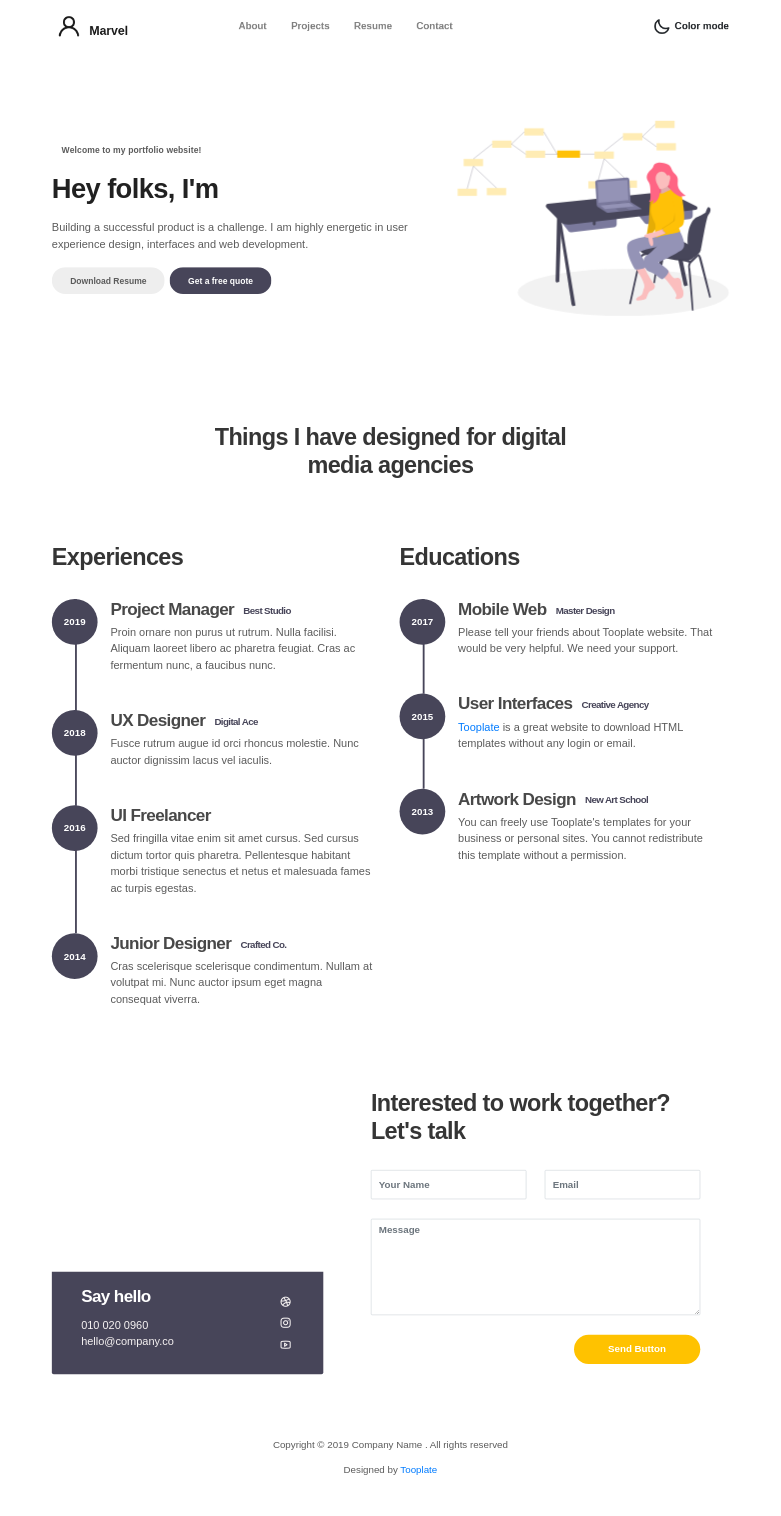
Repository: HAIDAR123654/CodeHuntMvcProject
Page: http://localhost/myportfolio/
The author's editor kept a copy of each file at every save. The page is drawn from the files as they stood at one save, then again after the next save.
The browser window is 1280 px wide. The pictures show the whole page, at 61% of full size.
Pictures or frames that could not be fetched are drawn as grey boxes. Some web fonts or font styles are not loaded; a fallback is used. The page is served by Tomcat 9. Queries for data that is not in the repository find no rows.

Above is the page before, as saved 2024-01-26 14:21:10.

After the next save:
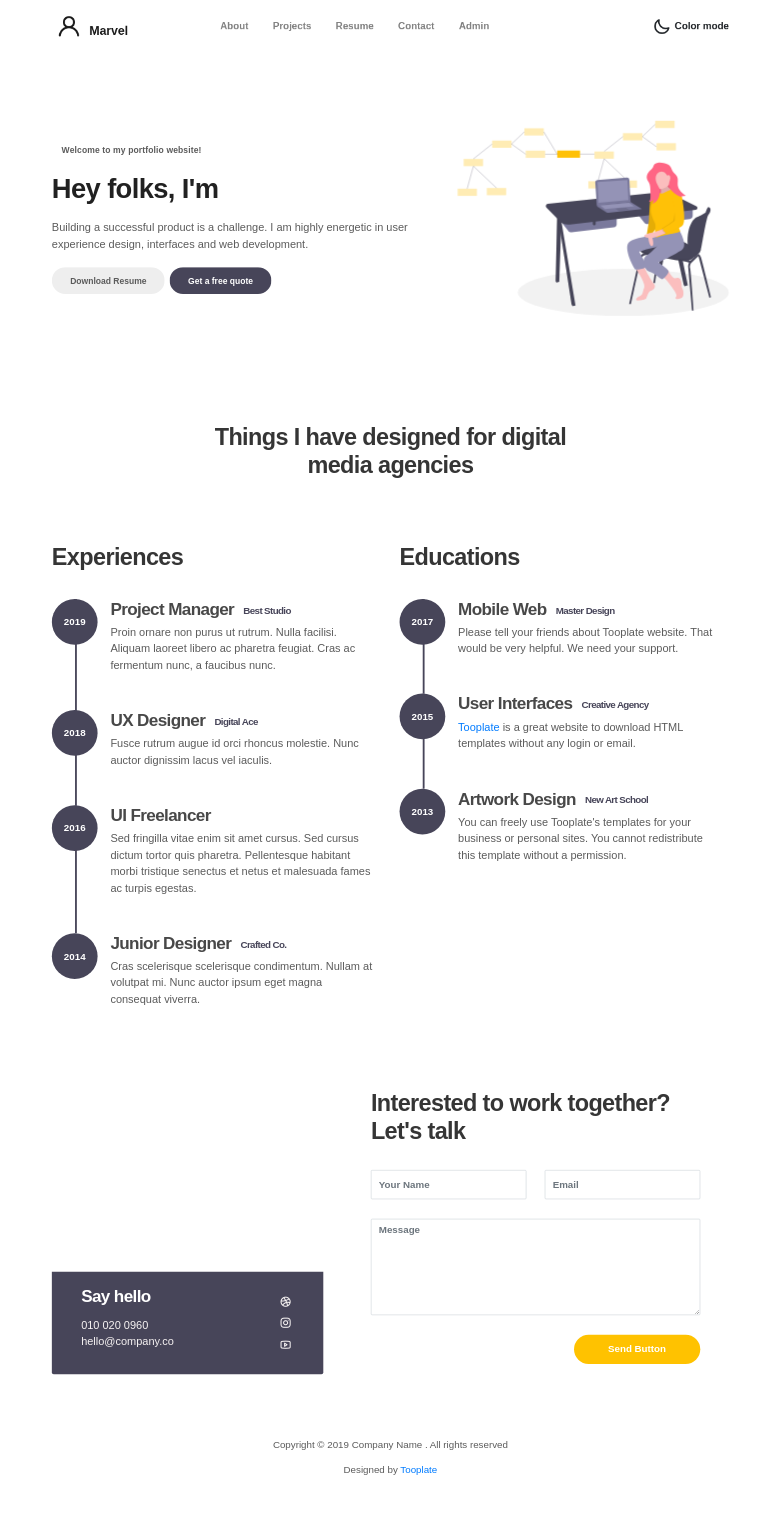
Saved 4 min 12 s later.
--- a/myportfolio/src/main/webapp/index.jsp
+++ b/myportfolio/src/main/webapp/index.jsp
@@ -70,6 +70,13 @@
                            </li>
                            <%
                        }
+                       else{
+                    	   %>
+                    	   <li class="nav-item">
+                           <a href="admin.jsp" class="nav-link"><span data-hover="Admin">Admin</span></a>
+                       </li>
+                       <%
+                       }
                     %>
 
                 </ul>
